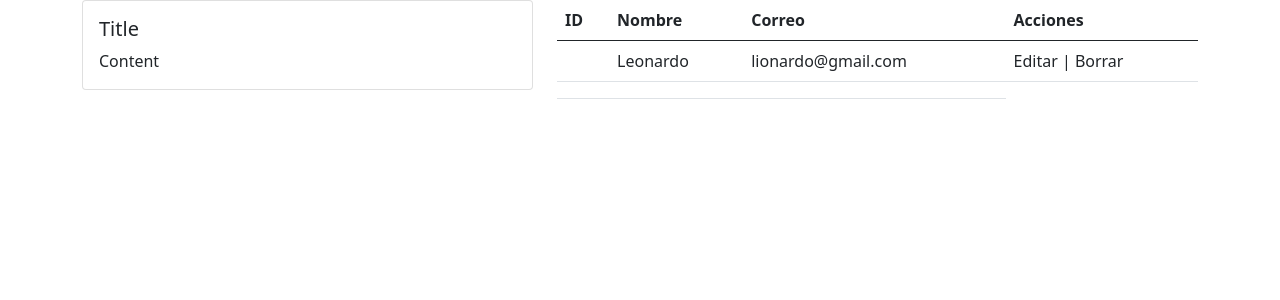
Repository: LionardoGomiz/CRUD-JS-VAINILLA
Page: index.html
These files come from the project's save history. The page is drawn as it stood at one moment and after the next save; the edit follows.
The browser window is 1280 px wide. The pictures show the whole page.

Above is the page before, as saved 2021-08-09 14:07:00.

### index.html
<!DOCTYPE html>
<html lang="es">
<head>
    <meta charset="UTF-8">
    <meta http-equiv="X-UA-Compatible" content="IE=edge">
    <meta name="viewport" content="width=device-width, initial-scale=1.0">
    <title>CRUD JS Vainilla</title>
    <link href="https://cdn.jsdelivr.net/npm/bootstrap@5.1.0/dist/css/bootstrap.min.css" rel="stylesheet" integrity="sha384-KyZXEAg3QhqLMpG8r+8fhAXLRk2vvoC2f3B09zVXn8CA5QIVfZOJ3BCsw2P0p/We" crossorigin="anonymous">
    <script src="https://cdn.jsdelivr.net/npm/bootstrap@5.1.0/dist/js/bootstrap.bundle.min.js" integrity="sha384-U1DAWAznBHeqEIlVSCgzq+c9gqGAJn5c/t99JyeKa9xxaYpSvHU5awsuZVVFIhvj" crossorigin="anonymous"></script>
</head>
<body>
    <!--<a name=""  id="" class="btn btn-primary" href="#" role="button">Hola </a>-->
    <div class="container">
        <div class="row">
            <div class="col-md-5">
                <div class="card">
                    <div class="card-body">
                        <h5 class="card-title">Title</h5>
                        <p class="card-text">Content</p>
                    </div>
                </div>
            </div>
            <div class="col-md-7">
                <table class="table">
                    <thead>
                        <tr>
                            <th>ID</th>
                            <th>Nombre</th>
                            <th>Correo</th>
                            <th>Acciones</th>
                        </tr>
                    </thead>
                    <tbody>
                        <tr>
                            <td></td>
                            <td scope="row">Leonardo</td>
                            <td>lionardo@gmail.com</td>
                            <td>Editar | Borrar</td>
                        </tr>
                        <tr>
                            <td scope="row"></td>
                            <td></td>
                            <td></td>
                        </tr>
                    </tbody>
                </table>
            </div>
        </div>
    </div>
</body>
</html>

After the next save:
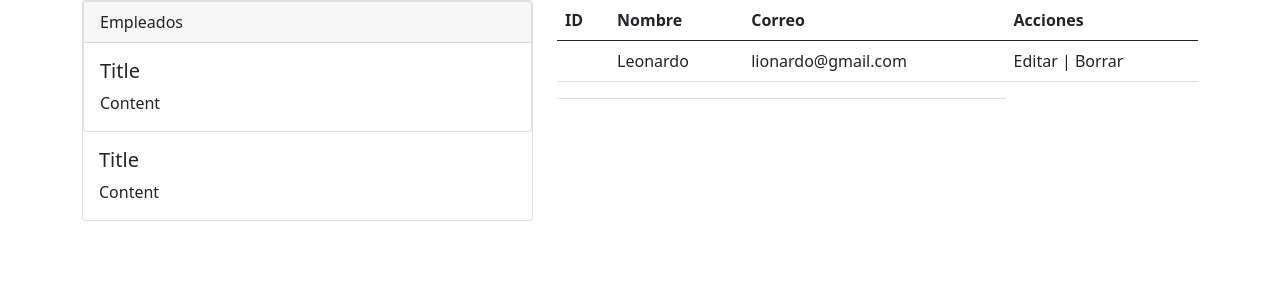
Saved 2 min 0 s later.
--- a/index.html
+++ b/index.html
@@ -14,6 +14,15 @@
         <div class="row">
             <div class="col-md-5">
                 <div class="card">
+                    <div class="card">
+                        <div class="card-header">
+                            Empleados
+                        </div>
+                        <div class="card-body">
+                            <h5 class="card-title">Title</h5>
+                            <p class="card-text">Content</p>
+                        </div>
+                    </div>
                     <div class="card-body">
                         <h5 class="card-title">Title</h5>
                         <p class="card-text">Content</p>
